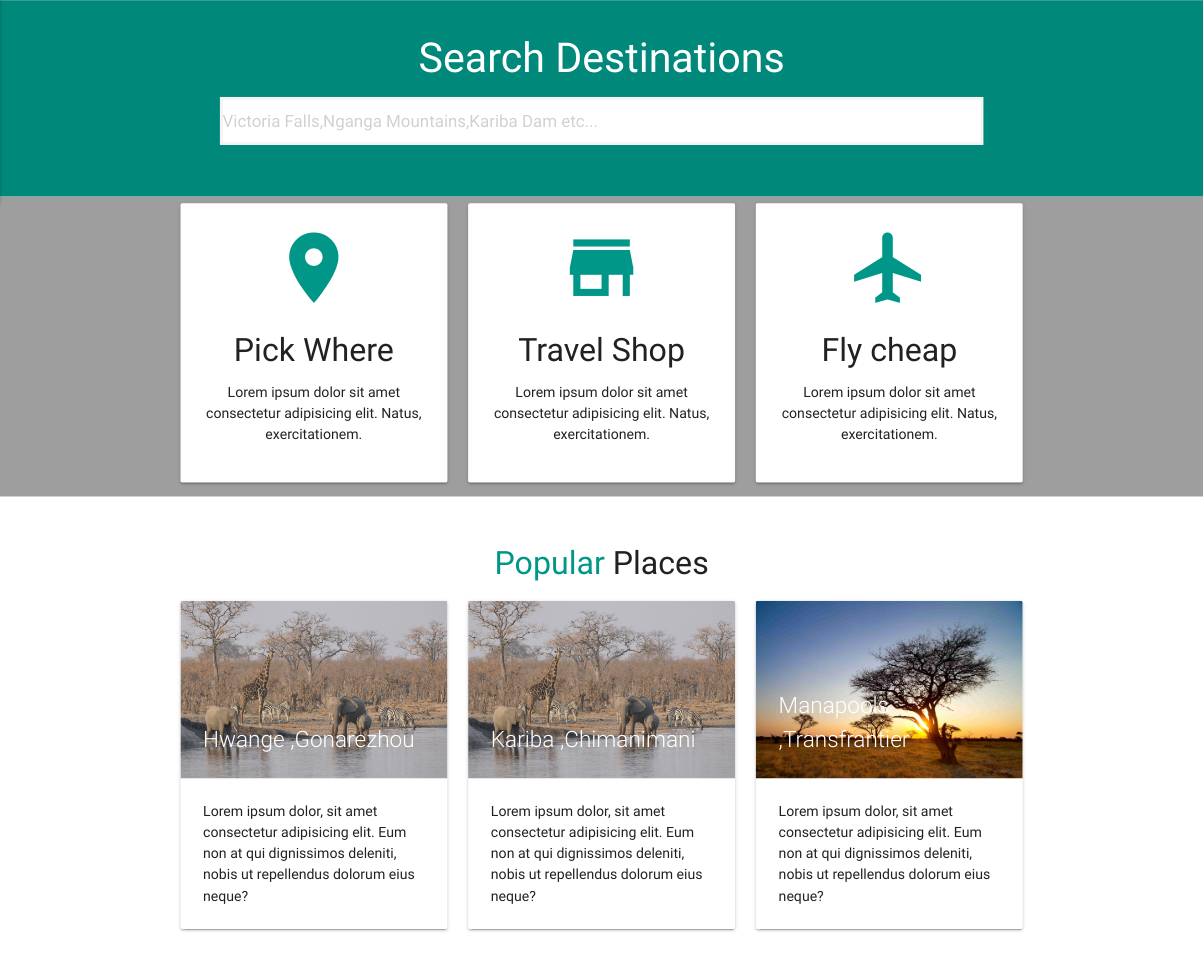
Repository: farrdy/materialize_website1_zim
Page: index.html
An editor plug-in stored every save of this project. The page is shown before and after the next save, followed by the edit.
The browser window is 1280 px wide. The pictures show the part of the page from y = 564 to 1602 px (the page is 1602 px tall), at 94% of full size.
Some web libraries are served in a nearby version.

Above is the page before, as saved 2020-01-01 22:36:33.

### index.html
<!DOCTYPE html>
<html>
  <head>
    <!--Import Google Icon Font-->
    <link
      href="https://fonts.googleapis.com/icon?family=Material+Icons"
      rel="stylesheet"
    />
    <!--Import materialize.css-->
    <link
      type="text/css"
      rel="stylesheet"
      href="css/materialize.min.css"
      media="screen,projection"
    />
    <link type="text/css" rel="stylesheet" href="css/main.css" />
    <script
      src="https://kit.fontawesome.com/04d0fe07bd.js"
      crossorigin="anonymous"
    ></script>

    <!--Let browser know website is optimized for mobile-->
    <meta name="viewport" content="width=device-width, initial-scale=1.0" />
    <title>Custom Materialize Theme</title>
  </head>

  <body>
    <div class="navbar-fixed">
      <nav class="teal">
        <div class="container">
          <div class="nav-wrapper">
            <a href="#Home" class="brand-logo">Zimbabwe Travelville</a>
            <a href="#" data-activates="mobile-nav" class="button-collapse">
              <i class="material-icons">menu</i>
            </a>
            <ul class=" right hide-on-med-and-down">
              <li><a href="#home">Home</a></li>
              <li><a href="#search">Search</a></li>
              <li><a href="#popular">Popular Places</a></li>
              <li><a href="#gallery">Gallery</a></li>
              <li><a href="#contact">Contact</a></li>
            </ul>
          </div>
        </div>
      </nav>
    </div>
    <ul class="side-nav" id="mobile-nav">
      <li><a href="#home">Home</a></li>
      <li><a href="#search">Search</a></li>
      <li><a href="#popular">Popular Places</a></li>
      <li><a href="#gallery">Gallery</a></li>
      <li><a href="#contact">Contact</a></li>
    </ul>

    <section class="slider">
      <ul class="slides">
        <li>
          <img src="img/resort1.jpg" alt="" />
          <div class="caption center-align">
            <h2>Take your dream vacation</h2>
            <h5 class="light grey-text  text-lighten-3 hide-on-small-only">
              Lorem ipsum, dolor sit amet consectetur adipisicing elit. Ipsam
              culpa optio explicabo! Facilis iure dolorem exercitationem
            </h5>
            <a href="#" class="btn btn-large">Learn More</a>
          </div>
        </li>
        <li>
          <img src="img/resort2.jpg" alt="" />
          <div class="caption left-align">
            <h2>We works with all budgets</h2>
            <h5 class="light grey-text  text-lighten-3 hide-on-small-only">
              Lorem ipsum, dolor sit amet consectetur adipisicing elit. Ipsam
              culpa optio explicabo! Facilis iure dolorem exercitationem
            </h5>
            <a href="#" class="btn btn-large">Learn More</a>
          </div>
        </li>
        <li>
          <img src="img/resort3.jpg" alt="" />
          <div class="caption right-align">
            <h2>Group & Individual Getaways</h2>
            <h5 class="light grey-text  text-lighten-3 hide-on-small-only">
              Lorem ipsum, dolor sit amet consectetur adipisicing elit. Ipsam
              culpa optio explicabo! Facilis iure dolorem exercitationem
            </h5>
            <a href="#" class="btn btn-large">Learn More</a>
          </div>
        </li>
      </ul>
    </section>

    <!-- Section :Search -->
    <section class="section section-search teal darken-1 white-text center">
      <div class="container">
        <div class="row">
          <div class="col s12">
            <h3>Search Destinations</h3>
            <div class="input-field">
              <input
                type="text"
                class="white grey-text autocomplete"
                placeholder="Victoria Falls,Nganga Mountains,Kariba Dam etc..."
                id="autocomplete-input"
              />
            </div>
          </div>
        </div>
      </div>
    </section>
    <!-- Section :Icon Boxes -->

    <section class="section-icons grey light-4 center">
      <div class="container">
        <div class="row">
          <div class="col s12 m4">
            <div class="card-panel">
              <i class="material-icons large teal-text">room</i>
              <h4>Pick Where</h4>
              <p>
                Lorem ipsum dolor sit amet consectetur adipisicing elit. Natus,
                exercitationem.
              </p>
            </div>
          </div>
          <div class="col s12 m4">
            <div class="card-panel">
              <i class="material-icons large teal-text">store</i>
              <h4>Travel Shop</h4>
              <p>
                Lorem ipsum dolor sit amet consectetur adipisicing elit. Natus,
                exercitationem.
              </p>
            </div>
          </div>
          <div class="col s12 m4">
            <div class="card-panel">
              <i class="material-icons large teal-text">airplanemode_active</i>
              <h4>Fly cheap</h4>
              <p>
                Lorem ipsum dolor sit amet consectetur adipisicing elit. Natus,
                exercitationem.
              </p>
            </div>
          </div>
        </div>
      </div>
    </section>

    <!-- Section:Popular -->

    <section class=" section section-popular">
      <div class="container">
        <div class="row">
          <h4 class="center">
            <span class="teal-text">Popular</span>
            Places
          </h4>
          <div class="col s12 m4">
            <div class="card">
              <div class="card-image">
                <img src="img/resort2.jpg" alt="" />
                <span class="card-title">Hwange ,Gonarezhou</span>
              </div>
              <div class="card-content">
                <p>
                  Lorem ipsum dolor, sit amet consectetur adipisicing elit. Eum
                  non at qui dignissimos deleniti, nobis ut repellendus dolorum
                  eius neque?
                </p>
              </div>
            </div>
          </div>
          <div class="col s12 m4">
            <div class="card">
              <div class="card-image">
                <img src="img/resort2.jpg" alt="" />
                <span class="card-title">Kariba ,Chimanimani</span>
              </div>
              <div class="card-content">
                <p>
                  Lorem ipsum dolor, sit amet consectetur adipisicing elit. Eum
                  non at qui dignissimos deleniti, nobis ut repellendus dolorum
                  eius neque?
                </p>
              </div>
            </div>
          </div>
          <div class="col s12 m4">
            <div class="card">
              <div class="card-image">
                <img src="img/resort3.jpg" alt="" />
                <span class="card-title">Manapools ,Transfrantier</span>
              </div>
              <div class="card-content">
                <p>
                  Lorem ipsum dolor, sit amet consectetur adipisicing elit. Eum
                  non at qui dignissimos deleniti, nobis ut repellendus dolorum
                  eius neque?
                </p>
              </div>
            </div>
          </div>
        </div>
      </div>
    </section>

    <!--Import jQuery before materialize.js-->
    <script
      type="text/javascript"
      src="https://code.jquery.com/jquery-3.2.1.min.js"
    ></script>
    <script type="text/javascript" src="js/materialize.min.js"></script>

    <script>
      $(document).ready(function() {
        // Custom JS & jQuery here
        $(".button-collapse").sideNav();

        $(".slider").slider({
          indicators: false,
          height: 500,
          transition: 500,
          interval: 6000
        });

        $(".autocomplete").autocomplete({
          data: {
            Nyanga: null,
            Kariba: null,
            "Victoria Falls": null,
            "Gonarezhouu National park": null,
            "Hwange National Park": null,
            "Manapools National Park": null,
            Chimanimani: null
          }
        });
      });
    </script>
  </body>
</html>

### css/main.css
.slider .btn {
  margin-top: 20px;
}

.section-search input {
  padding: 5x !important;
  font-size: 18px !important;
  width: 90% !important;
  border: #f4f4f4 3px solid !important;
}

.autocomplete-content {
  position: absolute;
  width: 100%;
  text-align: center;
}

Loaded but not shown: css/materialize.min.css (library); js/materialize.min.js (library)

After the next save:
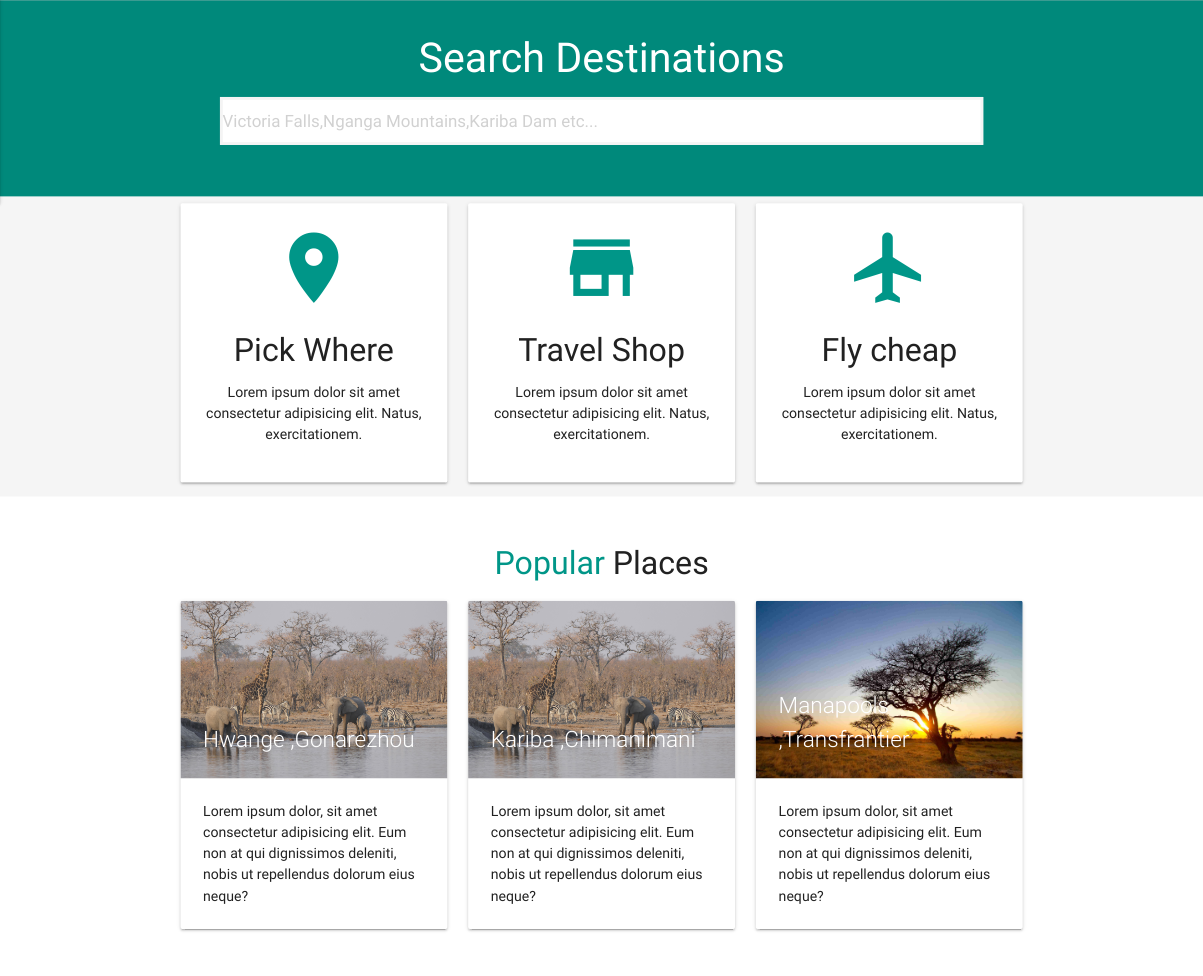
Saved 2 min 2 s later.
--- a/index.html
+++ b/index.html
@@ -110,7 +110,7 @@
     </section>
     <!-- Section :Icon Boxes -->
 
-    <section class="section-icons grey light-4 center">
+    <section class="section-icons grey lighten-4 center">
       <div class="container">
         <div class="row">
           <div class="col s12 m4">
